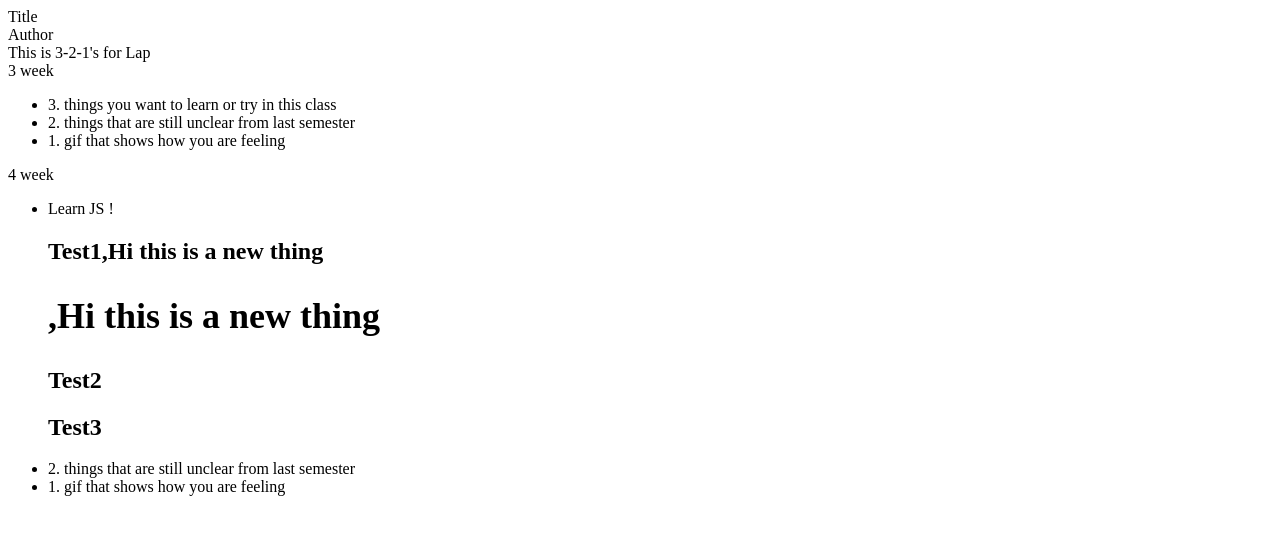
Repository: HyunJunggggg/MDIA2109
Page: inclass/index.html
The author's editor kept a copy of each file at every save. The page is drawn from the files as they stood at one save, then again after the next save.
The browser window is 1280 px wide. The pictures show the whole page.

Above is the page before, as saved 2025-01-30 15:41:27.

### inclass/index.html
<!DOCTYPE html>
<html lang="en">
    <head>
        <!-- Meta -->
        <meta charset="UTF-8" />
        <meta name="viewport" content="width=device-width, initial-scale=1.0" />
        <link rel="stylesheet" href="style.css" />
        <title> HyunJung's Blog 😉 </title>
    </head>

    <!-- body -->
    <body>
        <section>
            <div class="container" id="rats-ass">
                <header class="container__header">
                    <div class="container__title">Title</div>
                    <div class="container__contextual--info">Author</div>
                </header>
                <div class="container__content">
                    This is 3-2-1's for Lap

                    <div class="container">
                        <header class="container__header">
                            <div class="container__color container__title">3 week</div>
                        </header>
                        <div
                            class="container__content container__content--tight">
                            <ul>
                                <li>
                                    3. things you want to learn or try in this
                                    class
                                </li>
                                <li>
                                    2. things that are still unclear from last
                                    semester
                                </li>
                                <li>1. gif that shows how you are feeling</li>
                            </ul>
                        </div>
                    </div>

                    <div class="container">
                        <header class="container__header">
                            <div class="container__color container__title "> 4 week</div>
                        </header>
                        <div
                            class="container__content container__content--tight">
                            <ul>
                                <li>
                                   Learn JS !
                                   <h1>Test1</h1>
                                   <h1>Test2</h1>
                                   <h1>Test3</h1>
                                </li>
                                <li>
                                    2. things that are still unclear from last
                                    semester
                                </li>
                                <li>1. gif that shows how you are feeling</li>
                            </ul>
                        </div>
                    </div>

                </div>
            </div>
        </section>
        <script src="main.js"></script>
    </body>
</html>

### inclass/main.js
console.log('Hello ! This is my 🍉');

// let catName= 'kitten';

// if (catName === 'apple') {
//   window.alert('yeah! Hello kitten ? ');
// } else {
//   window.alert ("Who are you?");
// }

let $headerElement = document.querySelectorAll('h1');
let $subheader = document.createElement('h2');
// querySelecor -> target one thing
// if var has $ <- this mean, it just reference document.

$subheader.append(',Hi this is a new thing');


$headerElement[0].append(',Hi this is a new thing');
// querySelectorAll - shows array , so it should target

$headerElement[0].append($subheader);

Loaded but not shown: inclass/style.css (no copy from this time; the picture is the same without it)

After the next save:
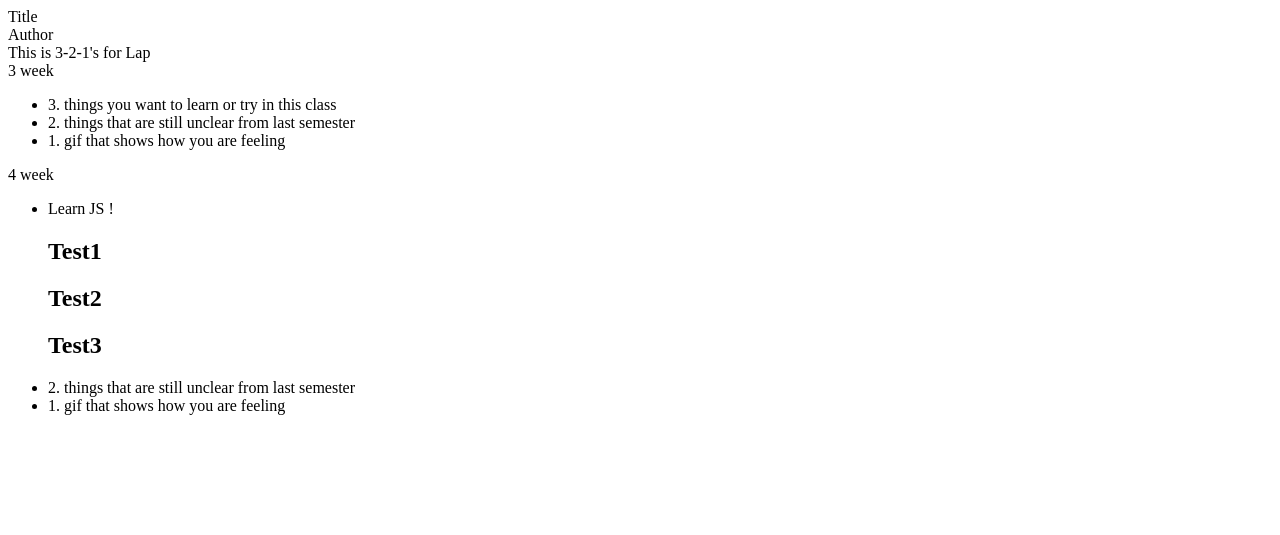
Console error: ReferenceError: $title is not defined
Saved 4 s later.
--- a/inclass/main.js
+++ b/inclass/main.js
@@ -14,7 +14,7 @@
 // if var has $ <- this mean, it just reference document.
 
 $subheader.append(',Hi this is a new thing');
-
+console.log($title);
 
 $headerElement[0].append(',Hi this is a new thing');
 // querySelectorAll - shows array , so it should target

After the save that followed:
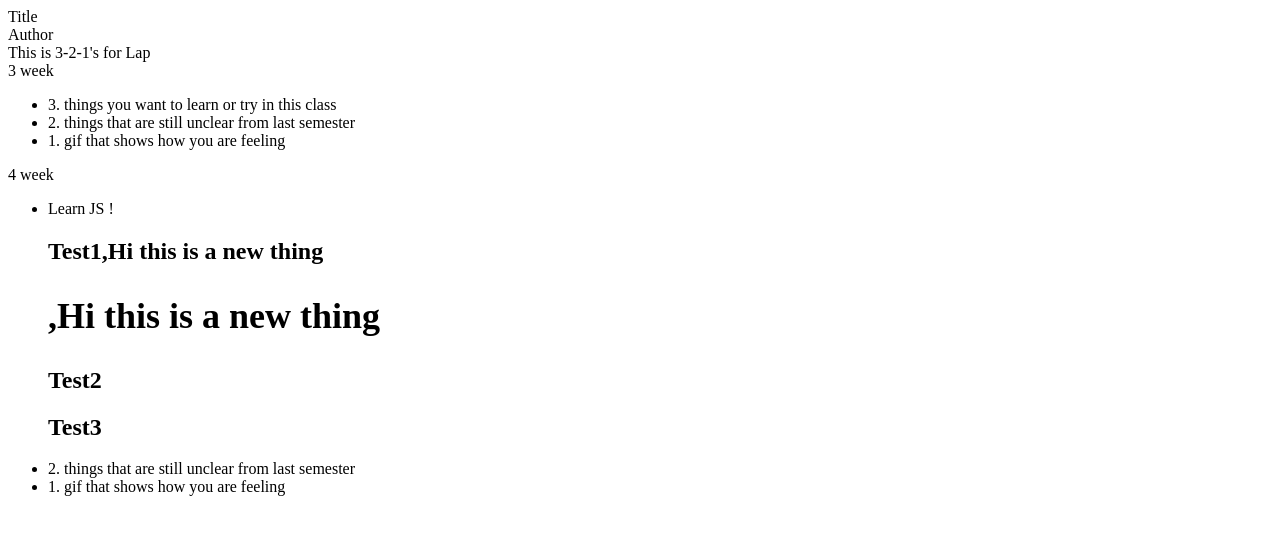
The error is gone.
Saved 5 s later.
--- a/inclass/main.js
+++ b/inclass/main.js
@@ -14,7 +14,7 @@
 // if var has $ <- this mean, it just reference document.
 
 $subheader.append(',Hi this is a new thing');
-console.log($title);
+console.log($subheader);
 
 $headerElement[0].append(',Hi this is a new thing');
 // querySelectorAll - shows array , so it should target
